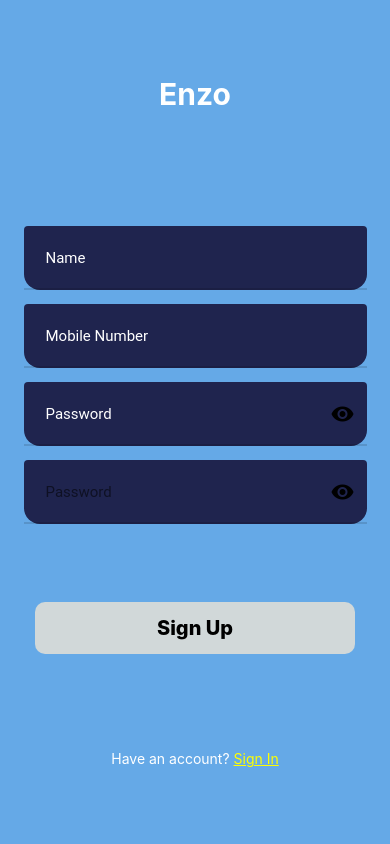
Repository: Milith97/Bus-App
Screen: /, after clicking the first element matching `div.r-transitionProperty-1i6wzkk`
The author's editor kept a copy of each file at every save. The screen is drawn from the files as they stood at one save, then again after the next save.
The app was drawn by React Native's web renderer in a window 390 px wide. The project was rebuilt for these pictures with package versions that can differ from the ones it lists, and the page was loaded fresh each time. Also part of the build but not shown: pages/HomePage.js, pages/ForgotPassword.js, pages/VerificationCode.js, pages/NewPassword.js, pages/HomePage2.js, Common/component/DrawerNav.js, pages/BookMySheet.js, pages/BusShedule.js and 1 more.

Above is the screen before, as saved 2024-01-12 09:50:59.

### App.js
import React, { useEffect, useState } from 'react'
import { createStackNavigator } from '@react-navigation/stack';
import { NavigationContainer } from '@react-navigation/native';
import SplashPage from './pages/SplashPage';
import LoginPage from './pages/LoginPage';
import SignUpPage from './pages/SignUpPage';
import HomePage from './pages/HomePage';
import ForgotPassword from './pages/ForgotPassword';
import VerificationCode from './pages/VerificationCode';
import NewPassword from './pages/NewPassword';
import HomePage2 from './pages/HomePage2';
import DrawerNav from './Common/component/DrawerNav';
import BookMySheet from './pages/BookMySheet';
import BusShedule from './pages/BusShedule';
import PaymentPage from './pages/PaymentPage';

const Stack = createStackNavigator();

const App = () => {
    const [isAppReady, setIsAppReady] = useState(false);

    useEffect(() => {
        setTimeout(() => {
            setIsAppReady(true);
        }, 1300); /* Adjust the delay as needed */
    }, []);

    return (
            <NavigationContainer>
                <Stack.Navigator>
                    {isAppReady ? (
                        <>
                            <Stack.Screen options={{ headerShown: false }} name="LoginPage" component={LoginPage} />
                            <Stack.Screen options={{ headerShown: false }} name="SignUpPage" component={SignUpPage} />
                            <Stack.Screen options={{ headerShown: false }} name="WelcomePage" component={HomePage} />
                            <Stack.Screen options={{ headerShown: false }} name="ForgotPassword" component={ForgotPassword} />
                            <Stack.Screen options={{ headerShown: false }} name="VerificationCode" component={VerificationCode} />
                            <Stack.Screen options={{ headerShown: false }} name="NewPassword" component={NewPassword} />
                            <Stack.Screen options={{ headerShown: false }} name="HomePage2" component={HomePage2} />
                            <Stack.Screen options={{ headerShown: false }} name="DrawerNav" component={DrawerNav} />
                            <Stack.Screen options={{ headerShown: false }} name="BookMySheet" component={BookMySheet} />
                            <Stack.Screen options={{ headerShown: false }} name="BusShedule" component={BusShedule} />
                            <Stack.Screen options={{ headerShown: false }} name="PaymentPage" component={PaymentPage} />
                        </>
                    ) : (
                        <Stack.Screen options={{ headerShown: false }} name="SplashScreen" component={SplashPage} />
                    )}


                </Stack.Navigator>
            </NavigationContainer>
    )
}

export default App;

### pages/SplashPage.js
import { StyleSheet, Text, View,StatusBar } from 'react-native'
import React from 'react'


export default function SplashPage() {
    return (

        <View style={styles.container}>
             {/*  -----------------------------SplashScreen----------------------------------- */}
            <StatusBar backgroundColor='#65A9E7'></StatusBar>
            <Text style={styles.Text}>Enzo</Text>
        </View>
    )
}

const styles = StyleSheet.create({
    container: {
        flex: 1,
        backgroundColor: '#65A9E7',
        justifyContent: 'center',
        alignItems: 'center'
    },
    Text: {
        color: "#fff",
        fontSize:50,
        fontWeight:'bold',
        fontFamily:'inter'
    }

})

### pages/LoginPage.js
import React, { useState } from 'react';
import { StyleSheet, Text, View, StatusBar, TextInput, TouchableOpacity, Pressable } from 'react-native'

export default function LoginPage({ navigation }) {
    const [email, setEmail] = useState('');
    const [password, setPassword] = useState('');
    const [errorMessage, setErrorMessage] = useState('');

    const handleSignIn = async () => {
        try {
            const apiEndpoint = 'YOUR_API_ENDPOINT';
            const apiKey = 'YOUR_API_KEY';

            const response = await fetch(apiEndpoint, {
                method: 'POST',
                headers: {
                    'Content-Type': 'application/json',
                    'Authorization': `Bearer ${apiKey}`,
                },
                body: JSON.stringify({
                    email,
                    password,
                }),
            });

            if (!response.ok) {
                setErrorMessage('Invalid credentials');
                return;
            }

            navigation.navigate('HomeScreen');
        } catch (error) {
            console.error('Error during API call:', error);
        }
    };

    return (

        <View style={styles.container}>
            <StatusBar backgroundColor='#65A9E7'></StatusBar>

            {/*  ----------------------------HederTopic------------------------------------ */}

            <View style={styles.heder}>
                <Text style={styles.Text1}>Enzo</Text>
            </View>

            {/* ----------------------------MiddleSection------------------------------- */}

            <View style={styles.TextInput}>
                <TextInput
                    placeholder="Email"
                    placeholderTextColor="#ffffff"
                    style={styles.Text2}
                    onChangeText={(text) => setEmail(text)}
                />
                <TextInput
                    placeholder="Password"
                    placeholderTextColor="#ffffff"
                    style={styles.Text2}
                    secureTextEntry={true}
                    onChangeText={(text) => setPassword(text)}
                />
                <Pressable onPress={() => { navigation.navigate('ForgotPassword') }}>
                    <Text style={styles.Text3}>Forget Password ?</Text>
                </Pressable>

                <TouchableOpacity style={styles.button} onPress={() => { navigation.navigate('SignUpPage') }}>
                    <Text style={styles.buttonText}>Sign In</Text>
                </TouchableOpacity>
            </View>

            {/*  ------------------------------footer---------------------------------- */}

            <View style={styles.footer}>
                <Text style={styles.Text4}>
                    <Text>Dont have an account? </Text>
                </Text>
                <Pressable onPress={() => { navigation.navigate('SignUpPage') }}>
                    <Text style={styles.Text5}>
                        <Text>Sign Up</Text>
                    </Text>
                </Pressable>
            </View>
        </View>
    )
}

const styles = StyleSheet.create({
    container: {
        flex: 1,
        backgroundColor: '#65A9E7',
    },
    heder: {
        flex: 1,
        justifyContent: 'center',
        alignItems: 'center',
    },
    Text1: {
        color: "#fff",
        fontSize: 34,
        fontWeight: 'bold',
        fontFamily: 'Inter'
    },
    Text2: {
        backgroundColor: '#1f244e',
        height: 64,
        width: 343,
        fontSize: 15,
        borderRadius: 16,
        paddingLeft: 10,
        margin: 10,
        fontFamily: 'Inter',
    },
    Text3: {
        fontSize: 14,
        fontWeight: '400',
        color: '#fff',
        marginLeft: '55%',
        lineHeight: 20,
        fontFamily: 'Inter'
    },
    Text4: {
        fontSize: 15,
        fontWeight: '600',
        color: '#fff',
        marginTop: 95
    },
    Text5: {
        fontSize: 15,
        fontWeight: '600',
        color: "yellow",
        marginTop: 95,
        textDecorationLine: 'underline',
    },
    TextInput: {
        flex: 2,
        justifyContent: 'center',
        alignItems: 'center',
    },
    footer: {
        flex: 1,
        flexDirection: "row",
        justifyContent: 'center',
    },
    button: {
        width: 320,
        height: 52,
        justifyContent: 'center',
        alignItems: 'center',
        borderRadius: 10,
        backgroundColor: '#D1D8D9',
        margin: 10,
        marginTop: '10%'
    },
    buttonText: {
        fontSize: 20,
        fontWeight: '800',
        color: "#000",
        fontFamily: 'Inter'
    }
})

### pages/SignUpPage.js
import { StyleSheet, Text, View, TouchableOpacity, Pressable } from 'react-native'
import React, { useState } from 'react';
import { TextInput } from 'react-native-paper';

export default function SignUpPage({ navigation }) {

    const [name, setName] = useState('');
    const [mobileNumber, setMobileNumber] = useState('');
    const [password, setPassword] = useState('');
    const [confirmPassword, setConfirmPassword] = useState('');

    const handleSignUp = () => {
        const userData = {
            name: "John Doe",
            mobileNumber: "1234567890",
            password: "password123",
            confirmPassword: "password123",
        };

        axios.post('https://api.example.com/signup', userData)
            .then(response => {
                console.log(response.data);
                navigation.navigate('HomePage2');
            })
            .catch(error => {
                console.error(error);
            });
    };
    return (
        <View style={styles.container}>

            {/* -----------------------------HederTopic------------------------------------ */}
            <View style={styles.heder}>
                <Text style={styles.Text1}>Enzo</Text>
            </View>

            {/* ------------------------------TextInput------------------------------- */}
            <View style={styles.TextInput}>
                <TextInput
                    placeholder="Name"
                    placeholderTextColor="#ffffff"
                    style={styles.Text2}
                    value={name}
                    onChangeText={text => setName(text)}
                />
                <TextInput
                    placeholder="Mobile Number"
                    placeholderTextColor="#ffffff"
                    style={styles.Text2}
                    value={mobileNumber}
                    onChangeText={text => setMobileNumber(text)}
                />
                <TextInput
                    placeholder="Password"
                    placeholderTextColor="#ffffff"
                    style={styles.Text2}
                    value={password}
                    onChangeText={text => setPassword(text)}
                    right={<TextInput.Icon icon="eye" />}
                />
                <TextInput
                    label="Password"
                    secureTextEntry
                    style={styles.Text2}
                    value={confirmPassword}
                    onChangeText={text => setConfirmPassword(text)}
                    right={<TextInput.Icon icon="eye" />}
                />


            </View>

            {/* ---------------------------ButtonSection----------------------------- */}
            <View style={styles.content}>
                <TouchableOpacity style={styles.button} onPress={() => { navigation.navigate('HomePage2') }}>
                    <Text style={styles.buttonText}>Sign Up</Text>
                </TouchableOpacity>
            </View>

            {/*  ------------------------------footer---------------------------------- */}

            <View style={styles.footer}>
                <View style={styles.Text4}>
                    <Text style={{ color: '#fff' }}>Have an account? </Text>
                </View>
                <Pressable onPress={() => { navigation.navigate('LoginPage') }}>
                    <View style={styles.Text5}>
                        <Text style={{ color: 'yellow' }}>Sign In</Text>
                    </View>
                </Pressable>
            </View>
        </View>
    )
}
const styles = StyleSheet.create({
    container: {
        flex: 1,
        backgroundColor: '#65A9E7',
    },
    heder: {
        flex: 2,
        justifyContent: 'center',
        alignItems: 'center',
    },
    TextInput: {
        flex: 4,
        justifyContent: 'center',
        alignItems: 'center',
    },
    content: {
        flex: 2,
        alignItems: 'center',
    },
    footer: {
        flex: 1,
        flexDirection: "row",
        justifyContent: 'center',
    },
    Text1: {
        color: "#fff",
        fontSize: 30,
        fontWeight: 'bold',
        fontFamily: 'Inter',
    },
    Text2: {
        backgroundColor: '#1f244e',
        height: 64,
        width: 343,
        fontSize: 15,
        borderRadius: 16,
        paddingLeft: 10,
        margin: 7,
        fontFamily: 'Inter',
    },
    Text4: {
        fontSize: 15,
        fontWeight: '600',
        color: "#fff",
    },
    Text5: {
        fontSize: 16,
        fontWeight: '600',
        color: "yellow",
        textDecorationLine: 'underline',
    },
    button: {
        width: 320,
        height: 52,
        justifyContent: 'center',
        alignItems: 'center',
        borderRadius: 10,
        backgroundColor: '#D1D8D9',
        marginTop: "10%",
    },
    buttonText: {
        fontSize: 20,
        fontWeight: '800',
        color: "#000",
        fontFamily: 'Inter'
    },
})

After the next save:
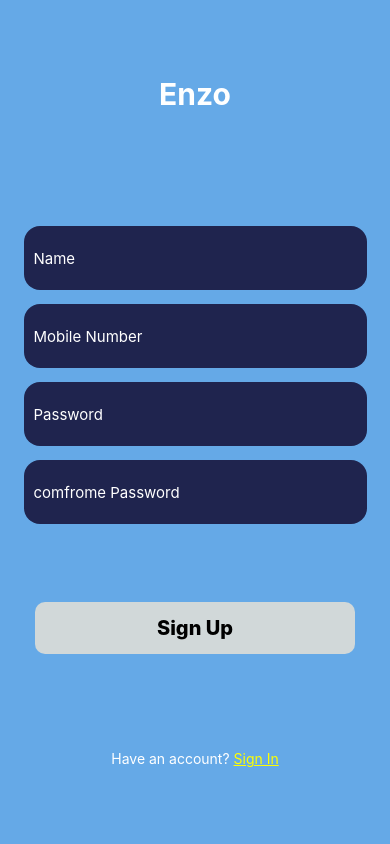
Saved 59 s later.
--- a/pages/SignUpPage.js
+++ b/pages/SignUpPage.js
@@ -1,6 +1,5 @@
-import { StyleSheet, Text, View, TouchableOpacity, Pressable } from 'react-native'
+import { StyleSheet, Text, View, TextInput, TouchableOpacity, Pressable } from 'react-native'
 import React, { useState } from 'react';
-import { TextInput } from 'react-native-paper';
 
 export default function SignUpPage({ navigation }) {
 
@@ -56,15 +55,15 @@ export default function SignUpPage({ navigation }) {
                     style={styles.Text2}
                     value={password}
                     onChangeText={text => setPassword(text)}
-                    right={<TextInput.Icon icon="eye" />}
+                    right={<TextInput.Affix text="/100" />}
                 />
                 <TextInput
-                    label="Password"
-                    secureTextEntry
+                    placeholder="comfrome Password"
+                    placeholderTextColor="#ffffff"
                     style={styles.Text2}
                     value={confirmPassword}
                     onChangeText={text => setConfirmPassword(text)}
-                    right={<TextInput.Icon icon="eye" />}
+                    right={<TextInput.Affix text="/100" />}
                 />
 
 
